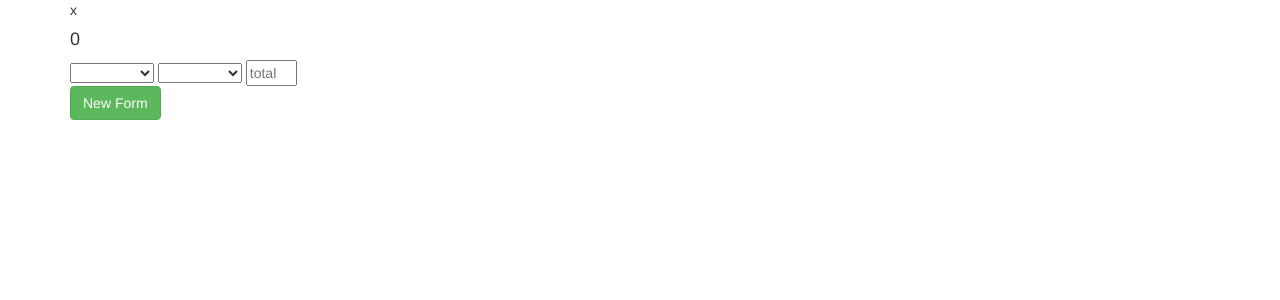
Repository: RezaEftekharzadeh/frey
Page: http://localhost/SilencerStoreProject/frontend/shop.jsp
The author's editor kept a copy of each file at every save. The page is drawn from the files as they stood at one save, then again after the next save.
The browser window is 1280 px wide. The pictures show the whole page.
Some web libraries are served in a nearby version. The page is served by Tomcat 9. Nobody is signed in. The application's start-up code is not run.

Above is the page before, as saved 2020-08-04 16:50:51.

After the next save:
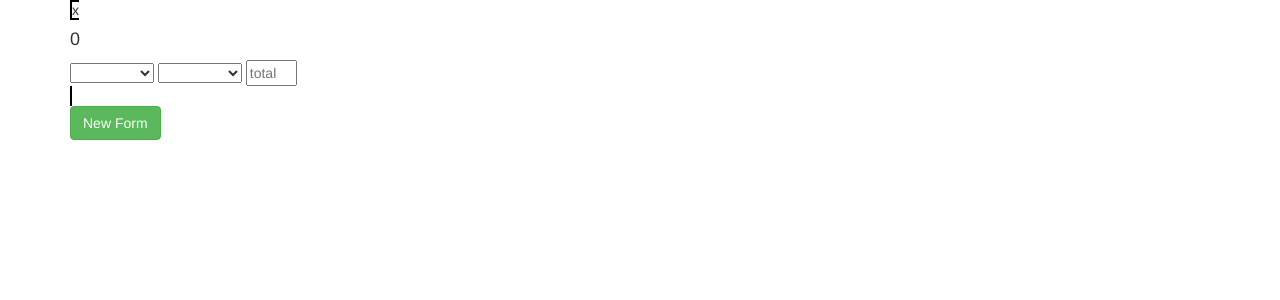
Saved 116 s later.
--- a/SilencerStoreProject/WebContent/frontend/shop.jsp
+++ b/SilencerStoreProject/WebContent/frontend/shop.jsp
@@ -9,7 +9,7 @@
 
 
 		<div class="card mb-3" v-for="(silencer, index) in silencers">
-			<div class="card-body">
+			<div class="card-body" style="border:2px solid #000; display:inline;">
 				<span class="float-right" style="cursor:pointer"
 					@click='deleteSilencerForm(index)'>
 					x

After the save that followed:
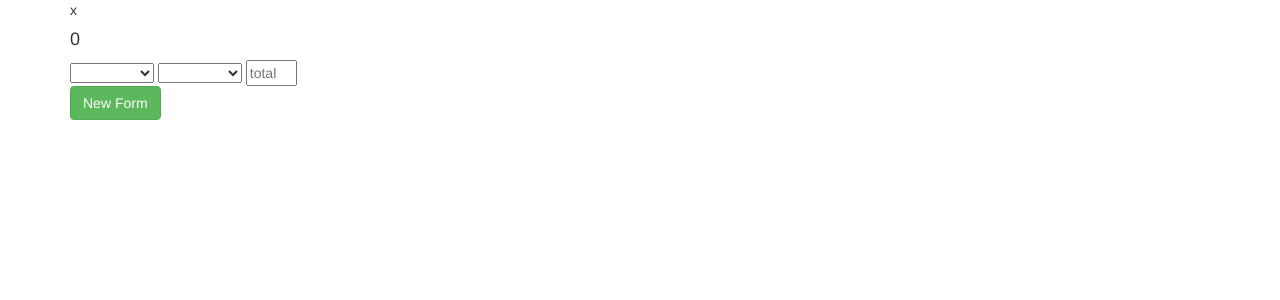
Saved 42 s later.
--- a/SilencerStoreProject/WebContent/frontend/shop.jsp
+++ b/SilencerStoreProject/WebContent/frontend/shop.jsp
@@ -8,8 +8,8 @@
 	<div class="container">
 
 
-		<div class="card mb-3" v-for="(silencer, index) in silencers">
-			<div class="card-body" style="border:2px solid #000; display:inline;">
+		<div class="card mb-3" style="border:2px ; display:inline;" v-for="(silencer, index) in silencers">
+			<div class="card-body" >
 				<span class="float-right" style="cursor:pointer"
 					@click='deleteSilencerForm(index)'>
 					x
